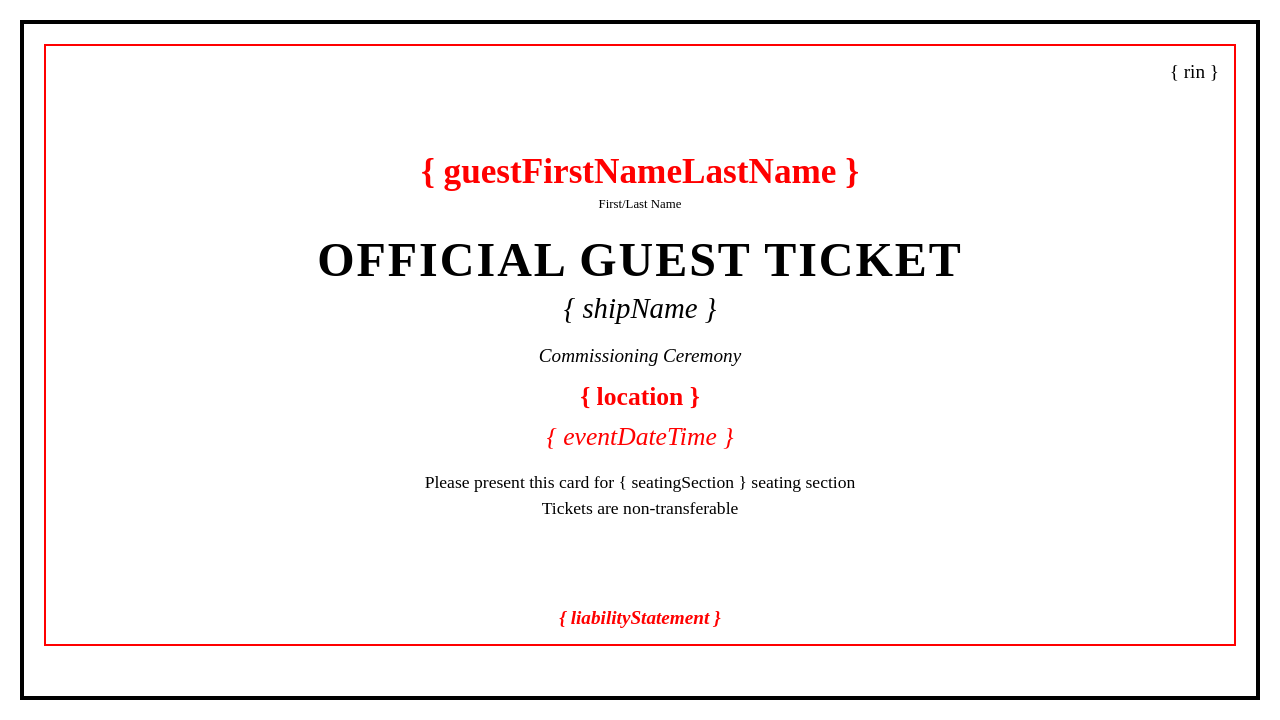
Repository: yaleevans/SabelWeasyPrintPDFLambda
Page: event-ticket.html
These files come from the project's save history. The page is drawn as it stood at one moment and after the next save; the edit follows.
The browser window is 1280 px wide. The pictures show the whole page.

Above is the page before, as saved 2025-10-17 08:03:54.

### event-ticket.html
<!DOCTYPE html>
<html>
<head>
    <title>Official Guest Ticket</title>
    <style>
        body {
            margin: 0;
            padding: 0;
            font-family: 'Times New Roman', Times, serif; /* Common for official documents */
            background-color: white; /* This will be overridden by Lambda's background_color */
        }
        .ticket-container {
            border: 4px solid black; /* Outer black border */
            padding: 20px;
            margin: 20px; /* Space around the outer border */
            text-align: center;
            color: black; /* Default text color for the template */
            box-sizing: border-box; /* Include padding and border in the element's total width and height */
            height: calc(100vh - 40px); /* Fill most of the viewport height */
            position: relative;
        }
        .inner-border {
            border: 2px solid red; /* Inner red border */
            padding: 15px;
            height: calc(100% - 30px); /* Adjust for padding */
            box-sizing: border-box;
            display: flex;
            flex-direction: column;
            justify-content: space-between; /* Distribute content vertically */
            align-items: center;
        }
        .header {
            width: 100%;
            text-align: right;
            font-size: 1.2em;
            margin-bottom: 10px;
        }
        .content {
            flex-grow: 1; /* Allows this section to take up available space */
            display: flex;
            flex-direction: column;
            justify-content: center; /* Center content vertically */
            align-items: center;
            width: 100%;
        }
        .guest-name {
            font-size: 2.2em;
            font-weight: bold;
            margin-bottom: 5px;
            color: red; /* Variable color for visibility, adjust as needed */
        }
        .guest-name-label {
            font-size: 0.8em;
            margin-bottom: 20px;
            color: black;
        }
        .ticket-title {
            font-size: 3em;
            font-weight: bold;
            letter-spacing: 2px;
            margin-bottom: 5px;
            color: black;
        }
        .ship-name {
            font-size: 1.8em;
            font-style: italic;
            margin-bottom: 20px;
            color: black;
        }
        .commissioning-text {
            font-size: 1.2em;
            font-style: italic;
            margin-bottom: 15px;
            color: black;
        }
        .location {
            font-size: 1.6em;
            font-weight: bold;
            margin-bottom: 10px;
            color: red; /* Variable color for visibility */
        }
        .datetime {
            font-size: 1.6em;
            font-style: italic;
            margin-bottom: 20px;
            color: red; /* Variable color for visibility */
        }
        .instructions {
            font-size: 1.1em;
            margin-bottom: 5px;
            color: black;
        }
        .transfer-info {
            font-size: 1.1em;
            margin-bottom: 30px;
            color: black;
        }
        .waiver-text {
            font-size: 1.2em;
            font-style: italic;
            font-weight: bold;
            color: red; /* Variable color for visibility */
        }
    </style>
</head>
<body>
    <div class="ticket-container">
        <div class="inner-border">
            <div class="header">
                { rin }
            </div>
            <div class="content">
                <div class="guest-name">{ guestFirstNameLastName }</div>
                <div class="guest-name-label">First/Last Name</div>

                <div class="ticket-title">OFFICIAL GUEST TICKET</div>
                <div class="ship-name">{ shipName }</div>

                <div class="commissioning-text">Commissioning Ceremony</div>

                <div class="location">{ location }</div>
                <div class="datetime">{ eventDateTime }</div>

                <div class="instructions">Please present this card for { seatingSection } seating section</div>
                <div class="transfer-info">Tickets are non-transferable</div>
            </div>
            <div class="waiver-text">
                { liabilityStatement }
            </div>
        </div>
    </div>
</body>
</html>

After the next save:
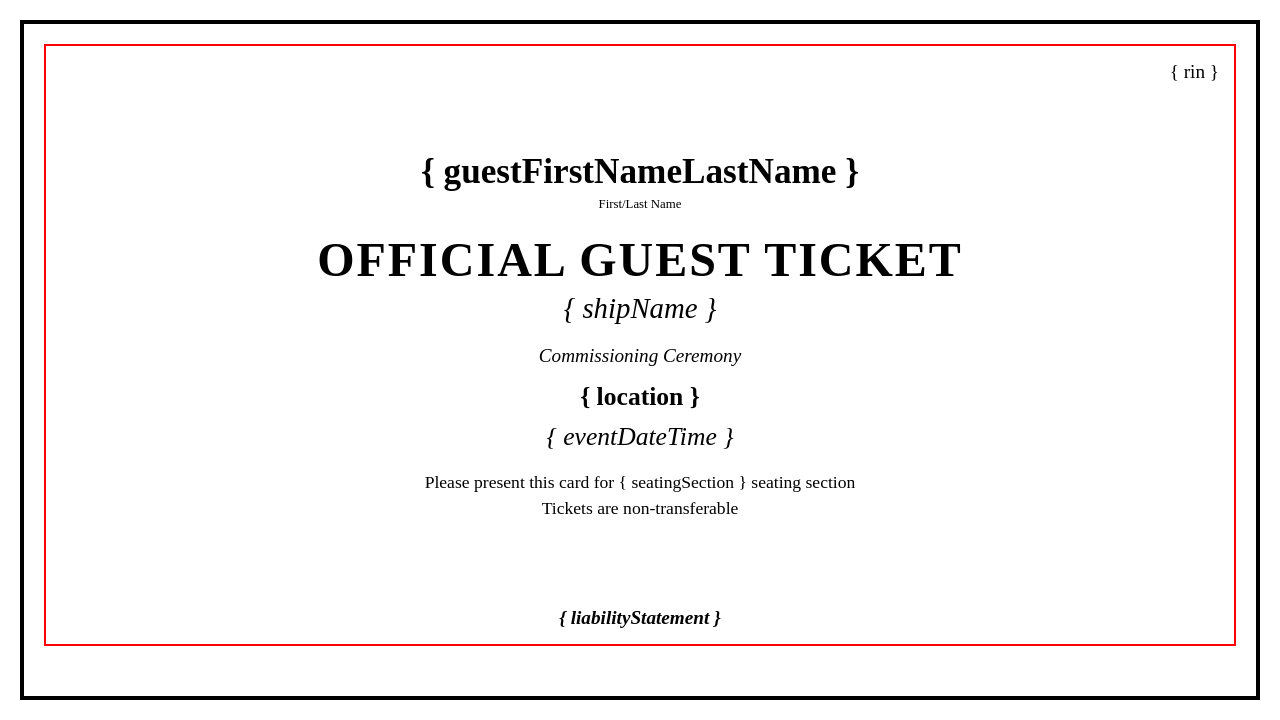
Saved 69 s later.
--- a/event-ticket.html
+++ b/event-ticket.html
@@ -47,7 +47,7 @@
             font-size: 2.2em;
             font-weight: bold;
             margin-bottom: 5px;
-            color: red; /* Variable color for visibility, adjust as needed */
+            /* color: red; /* Variable color for visibility, adjust as needed */
         }
         .guest-name-label {
             font-size: 0.8em;
@@ -77,13 +77,13 @@
             font-size: 1.6em;
             font-weight: bold;
             margin-bottom: 10px;
-            color: red; /* Variable color for visibility */
+            /* color: red; /* Variable color for visibility */
         }
         .datetime {
             font-size: 1.6em;
             font-style: italic;
             margin-bottom: 20px;
-            color: red; /* Variable color for visibility */
+            /* color: red; /* Variable color for visibility */
         }
         .instructions {
             font-size: 1.1em;
@@ -99,7 +99,7 @@
             font-size: 1.2em;
             font-style: italic;
             font-weight: bold;
-            color: red; /* Variable color for visibility */
+            /* color: red; /* Variable color for visibility */
         }
     </style>
 </head>
